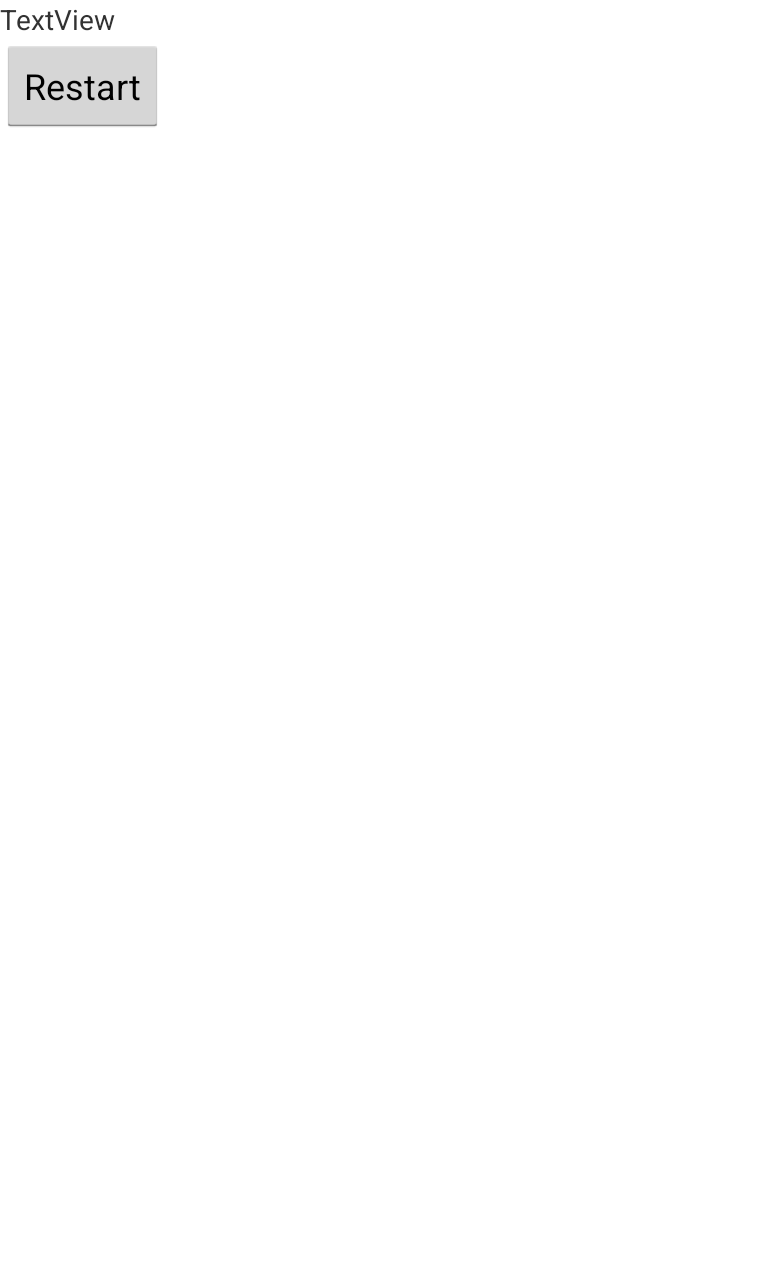
Repository: sam-stewart/in721
Layout: Eclipse/GenderLearning/res/layout/fragment_quizresult.xml
The author's editor kept a copy of each file at every save. The layout is drawn from the files as they stood at one save, then again after the next save.
It is drawn on a 768 x 1280 px phone screen (xhdpi) without system bars, with theme AppTheme; the app's code is not run.

Above is the layout before, as saved 2015-03-04 01:26:33.

After the next save:
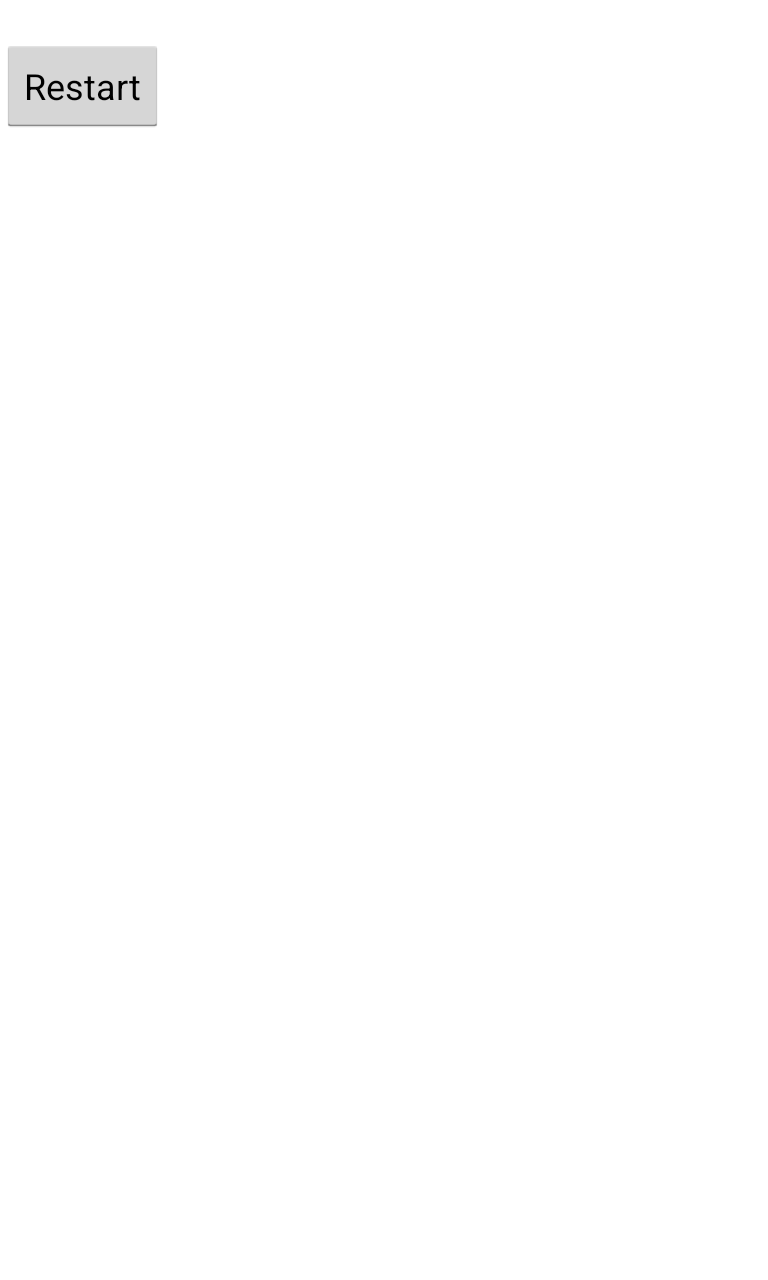
Saved 24 s later.
--- a/Eclipse/GenderLearning/res/layout/fragment_quizresult.xml
+++ b/Eclipse/GenderLearning/res/layout/fragment_quizresult.xml
@@ -7,8 +7,7 @@
     <TextView
         android:id="@+id/txtViewResult"
         android:layout_width="wrap_content"
-        android:layout_height="wrap_content"
-        android:text="TextView" />
+        android:layout_height="wrap_content" />
 
     <Button
         android:id="@+id/bttnRestart"
